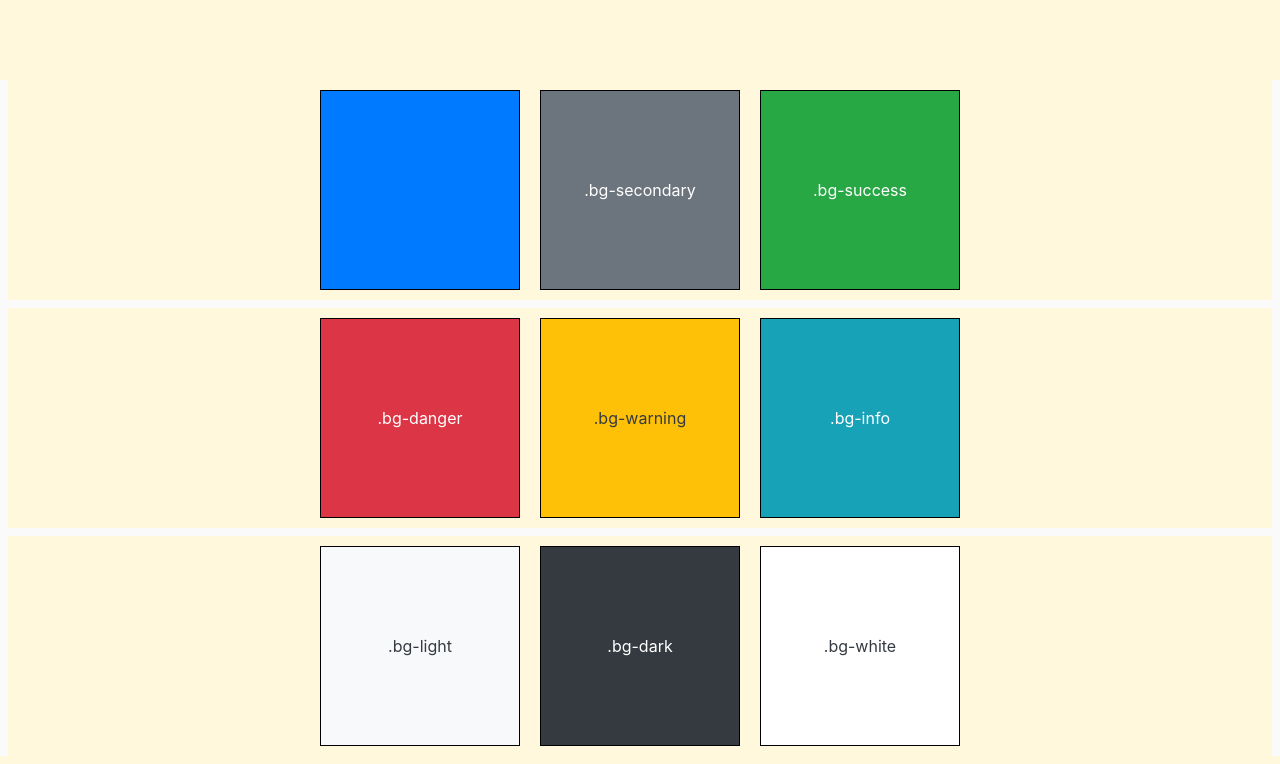
Repository: khanhdk0000/first_proj
Page: http://localhost/about?my_var=ecommerce
An editor plug-in stored every save of this project. The page is shown before and after the next save, followed by the edit.
The browser window is 1280 px wide. The pictures show the whole page.
Some web libraries are served in a nearby version. The page is served by the project's application, run on Flask 3 (flaskblog.py).

Above is the page before, as saved 2021-05-25 12:24:34.

After the next save:
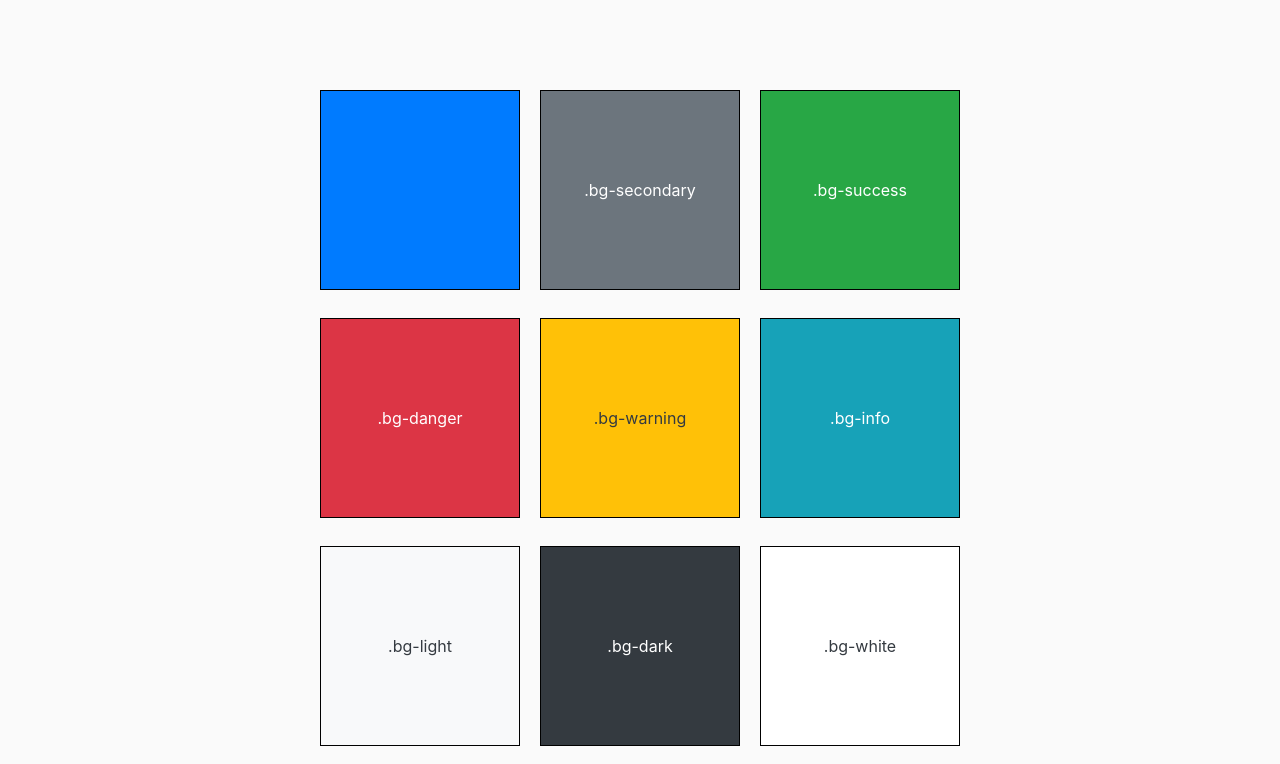
Saved 14 s later.
--- a/static/main.css
+++ b/static/main.css
@@ -113,7 +113,3 @@ body {
     border: 1px solid black;
     margin: 10px;
   }
-
-  *{
-    background-color: CornSilk;
-  }
